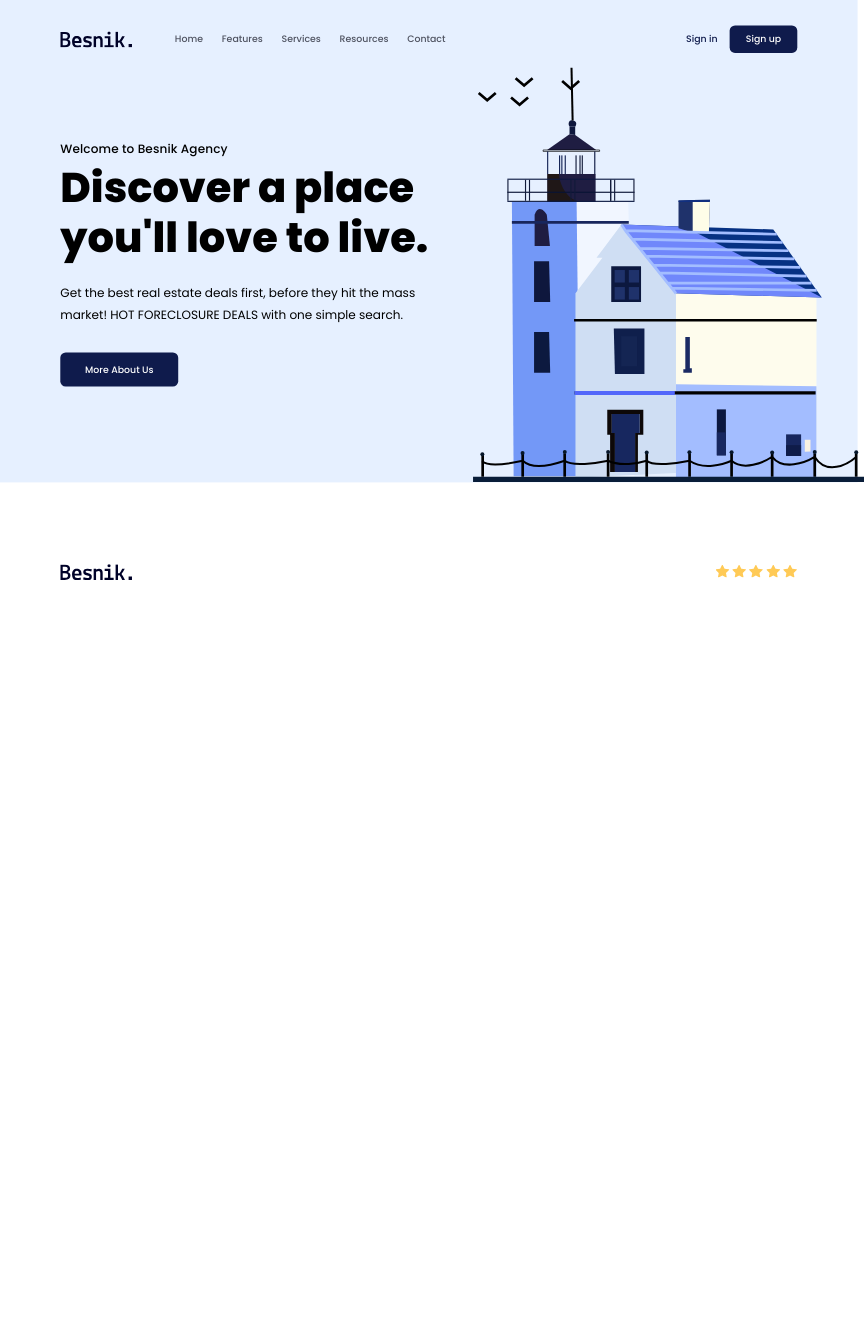
Repository: ducvui2003/f8-project-01
Page: index.html
The author's editor kept a copy of each file at every save. The page is drawn from the files as they stood at one save, then again after the next save.
The browser window is 1280 px wide. The page is 1290 px wide, so the pictures cover 1290 px, including what lies to the right of the window. The pictures show the whole page, at 67% of full size.

Above is the page before, as saved 2023-06-16 20:02:47.

### index.html
<!DOCTYPE html>
<html lang="en">

<head>
    <meta charset="UTF-8">
    <meta name="viewport" content="width=device-width, initial-scale=1.0">
    <title>f8-procject-01</title>

    <link rel="stylesheet" href="./asset/css/reset.css">
    <link rel="stylesheet" href="./asset/font/stylesheet.css">
    <link rel="stylesheet" href="./asset/css/styles.css">
</head>

<body>
    <main>
        <!-- Header -->
        <header class="header">
            <div class="content">
                <!--  -->
                <nav class="nav">
                    <!-- Logo -->
                    <img src="./asset/img/logo.svg" alt="">

                    <!-- Navigation -->
                    <ul>
                        <li><a href="">Home</a></li>
                        <li><a href="">Features</a></li>
                        <li><a href="">Services</a></li>
                        <li><a href="">Resources</a></li>
                        <li><a href="">Contact</a></li>
                    </ul>

                    <!-- Action -->
                    <div class="actions">
                        <a href="#!" class="action-link">Sign in</a>
                        <a href="#!" class="btn action-btn">Sign up</a>
                    </div>
                </nav>
                <div class="hero">
                    <div class="info">
                        <p class="sub-title">Welcome to Besnik Agency</p>
                        <h1 class="title">Discover a place
                            you'll love to live.</h1>
                        <p class="desc">Get the best real estate deals first,
                            before they hit the mass market! HOT FORECLOSURE DEALS with one simple
                            search.</p>
                        <!-- cta = call to action -->
                        <a href="#!" class="btn hero-cta">More About Us</a>
                    </div>
                    <img src="./asset/img/hero-img.svg" alt="Discover a place
                    you'll love to live." class="hero-img">
                </div>
            </div>
        </header>

        <!-- Clients -->
        <div class="clients">
            <div class="content">
                <div class="row">
                    <img src="./asset/img/logo.svg" alt="" class="logo">
                    <div class="stars">
                        <img src="./asset/img/star.svg" alt="">
                        <img src="./asset/img/star.svg" alt="">
                        <img src="./asset/img/star.svg" alt="">
                        <img src="./asset/img/star.svg" alt="">
                        <img src="./asset/img/star.svg" alt="">
                    </div>
                </div>
            </div>
        </div>
    </main>
</body>

</main>

</html>

### asset/font/stylesheet.css
/* =======Poppins font=========== */
@font-face {
  font-family: "Poppins";
  src: url("Poppins/Poppins-Black.woff2") format("woff2"),
    url("Poppins/Poppins-Black.woff") format("woff");
  font-weight: 900;
  font-style: normal;
  font-display: swap;
}

@font-face {
  font-family: "Poppins";
  src: url("Poppins/Poppins-BlackItalic.woff2") format("woff2"),
    url("Poppins/Poppins-BlackItalic.woff") format("woff");
  font-weight: 900;
  font-style: italic;
  font-display: swap;
}

@font-face {
  font-family: "Poppins";
  src: url("Poppins/Poppins-Bold.woff2") format("woff2"),
    url("Poppins/Poppins-Bold.woff") format("woff");
  font-weight: bold;
  font-style: normal;
  font-display: swap;
}

@font-face {
  font-family: "Poppins";
  src: url("Poppins/Poppins-BoldItalic.woff2") format("woff2"),
    url("Poppins/Poppins-BoldItalic.woff") format("woff");
  font-weight: bold;
  font-style: italic;
  font-display: swap;
}

@font-face {
  font-family: "Poppins";
  src: url("Poppins/Poppins-ExtraBold.woff2") format("woff2"),
    url("Poppins/Poppins-ExtraBold.woff") format("woff");
  font-weight: bold;
  font-style: normal;
  font-display: swap;
}

@font-face {
  font-family: "Poppins";
  src: url("Poppins/Poppins-ExtraBoldItalic.woff2") format("woff2"),
    url("Poppins/Poppins-ExtraBoldItalic.woff") format("woff");
  font-weight: bold;
  font-style: italic;
  font-display: swap;
}

@font-face {
  font-family: "Poppins";
  src: url("Poppins/Poppins-ExtraLight.woff2") format("woff2"),
    url("Poppins/Poppins-ExtraLight.woff") format("woff");
  font-weight: 200;
  font-style: normal;
  font-display: swap;
}

@font-face {
  font-family: "Poppins";
  src: url("Poppins/Poppins-ExtraLightItalic.woff2") format("woff2"),
    url("Poppins/Poppins-ExtraLightItalic.woff") format("woff");
  font-weight: 200;
  font-style: italic;
  font-display: swap;
}

@font-face {
  font-family: "Poppins";
  src: url("Poppins/Poppins-Italic.woff2") format("woff2"),
    url("Poppins/Poppins-Italic.woff") format("woff");
  font-weight: normal;
  font-style: italic;
  font-display: swap;
}

@font-face {
  font-family: "Poppins";
  src: url("Poppins/Poppins-Light.woff2") format("woff2"),
    url("Poppins/Poppins-Light.woff") format("woff");
  font-weight: 300;
  font-style: normal;
  font-display: swap;
}

@font-face {
  font-family: "Poppins";
  src: url("Poppins/Poppins-LightItalic.woff2") format("woff2"),
    url("Poppins/Poppins-LightItalic.woff") format("woff");
  font-weight: 300;
  font-style: italic;
  font-display: swap;
}

@font-face {
  font-family: "Poppins";
  src: url("Poppins/Poppins-Medium.woff2") format("woff2"),
    url("Poppins/Poppins-Medium.woff") format("woff");
  font-weight: 500;
  font-style: normal;
  font-display: swap;
}

@font-face {
  font-family: "Poppins";
  src: url("Poppins/Poppins-MediumItalic.woff2") format("woff2"),
    url("Poppins/Poppins-MediumItalic.woff") format("woff");
  font-weight: 500;
  font-style: italic;
  font-display: swap;
}

@font-face {
  font-family: "Poppins";
  src: url("Poppins/Poppins-SemiBold.woff2") format("woff2"),
    url("Poppins/Poppins-SemiBold.woff") format("woff");
  font-weight: 600;
  font-style: normal;
  font-display: swap;
}

@font-face {
  font-family: "Poppins";
  src: url("Poppins/Poppins-Regular.woff2") format("woff2"),
    url("Poppins/Poppins-Regular.woff") format("woff");
  font-weight: normal;
  font-style: normal;
  font-display: swap;
}

@font-face {
  font-family: "Poppins";
  src: url("Poppins/Poppins-SemiBoldItalic.woff2") format("woff2"),
    url("Poppins/Poppins-SemiBoldItalic.woff") format("woff");
  font-weight: 600;
  font-style: italic;
  font-display: swap;
}

@font-face {
  font-family: "Poppins";
  src: url("Poppins/Poppins-Thin.woff2") format("woff2"),
    url("Poppins/Poppins-Thin.woff") format("woff");
  font-weight: 100;
  font-style: normal;
  font-display: swap;
}

@font-face {
  font-family: "Poppins";
  src: url("Poppins/Poppins-ThinItalic.woff2") format("woff2"),
    url("Poppins/Poppins-ThinItalic.woff") format("woff");
  font-weight: 100;
  font-style: italic;
  font-display: swap;
}

### asset/css/styles.css
* {
  box-sizing: border-box;
}
html {
  font-size: 62.5%;
}
body {
  font-size: 1.6rem;
  font-family: "Poppins";
}
:root {
  --primary-color: #0f1b4c;
}
/* Common */
a {
  text-decoration: none;
}
.content {
  width: 1100px;
  max-width: calc(100% - 48px);
  margin-left: auto;
  margin-right: auto;
}

.btn {
  min-width: 98px;
  background-color: var(--primary-color);
  border-radius: 0.8rem;
  padding: 10px 24px;
  color: white;
  font-style: normal;
  font-weight: 500;
  font-size: 1.4rem;
  line-height: 2.1rem;
  display: inline-block;
}
.btn:hover {
  opacity: 0.9;
}
/* Main */
main {
  height: 2000px;
}
/* Header */
.header {
  height: 100vh;
  background-color: #e6f0ff;
  position: relative;
}

.header .nav {
  display: flex;
  align-items: center;
  padding-top: 38px;
}
.header .nav ul {
  margin-left: 50px;
  margin-right: auto;

  display: flex;
  justify-content: space-between;
}

.header .nav ul a {
  color: #4f5361;
  padding: 8px 14px;
  /* Padding in tag inline block  */
}
.header .nav ul a:hover {
  text-decoration: underline;
}
.header .nav a {
  font-weight: 500;
  font-size: 1.4rem;
  line-height: 2.1rem;
}
.header .nav .actions {
  display: flex;
  justify-content: center;
  align-items: center;
  gap: 1.8rem;
}
.header .nav .action-link {
  color: var(--primary-color);
}
.hero {
  margin-top: 130px;
}
.hero .info {
  width: 51%;
}
.hero .sub-title {
  font-style: normal;
  font-weight: 500;
  font-size: 1.8rem;
  line-height: 1.5;
  letter-spacing: 0.01em;
}

.hero .title {
  font-style: normal;
  font-weight: 700;
  font-size: 6.2rem;
  line-height: 1.19;
  margin-top: 8px;
  margin-bottom: 30px;
}
.hero .desc {
  font-style: normal;
  font-weight: 400;
  font-size: 1.8rem;
  line-height: 1.78;
}
.hero-cta {
  margin-top: 40px;
  padding: 15px 37px;
  min-width: 170px;
}
.hero-img {
  position: absolute;
  right: calc((100vw - 1100px) / 2 - 100px);
  bottom: 0;
}
/* Clients */
.clients {
  margin-top: 122px;
}
.clients .content {
}
.clients .row {
  display: flex;
  justify-content: space-between;
  align-items: center;
}

Loaded but not shown: asset/css/reset.css (common file)

After the next save:
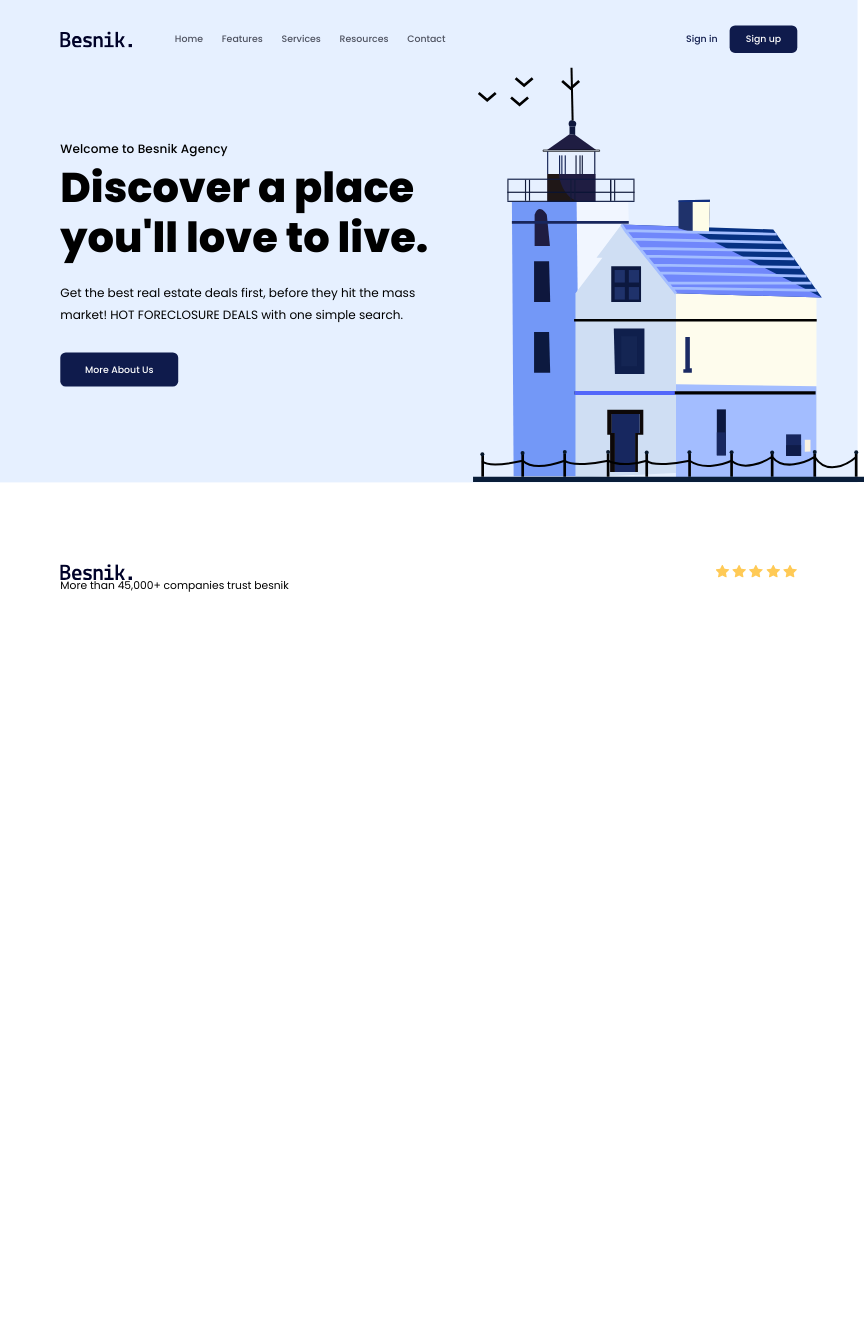
Saved 88 s later.
--- a/index.html
+++ b/index.html
@@ -66,6 +66,9 @@
                         <img src="./asset/img/star.svg" alt="">
                     </div>
                 </div>
+                <div class="row">
+                    <p>More than 45,000+ companies trust besnik</p>
+                </div>
             </div>
         </div>
     </main>
